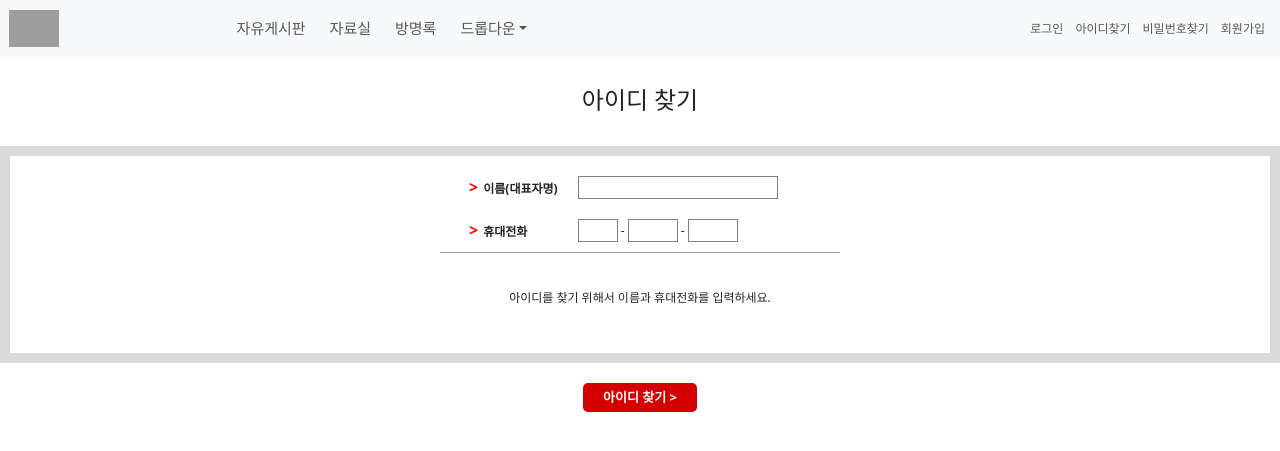
Repository: lim-eun-a/Project
Page: http://localhost/Project/06Session/IdForm.jsp
An editor plug-in stored every save of this project. The page is shown before and after the next save, followed by the edit.
The browser window is 1280 px wide. The pictures show the whole page.
Pictures or frames that could not be fetched are drawn as grey boxes. Some web libraries are served in a nearby version. The page is served by Tomcat 10. Other server files are loaded and not shown.

Above is the page before, as saved 2024-01-11 01:51:24.

### Project/src/main/webapp/06Session/IdForm.jsp
<%@ page language="java" contentType="text/html; charset=UTF-8"
    pageEncoding="UTF-8"%>
<link href="https://cdn.jsdelivr.net/npm/bootstrap@5.3.2/dist/css/bootstrap.min.css" rel="stylesheet">
<script src="https://cdn.jsdelivr.net/npm/bootstrap@5.3.2/dist/js/bootstrap.bundle.min.js"></script>
<link rel="stylesheet" href="http://cdn.jsdelivr.net/npm/bootstrap-icons@1.7.2/font/bootstrap-icons.css">
<!DOCTYPE html>
<html>
<head>
<meta charset="UTF-8">
<title>Insert title here</title>

<style>
	*{padding: 0;font-size: 12px;}
	h2{font-size: 25px;font-family: 굴림;}
	#AllWrap{margin:0 auto; text-align:center;}
	#RadioBox{margin:0 0 10px 0;text-align:left;}
	#IdBox{border:10px solid rgb(218, 218, 218);padding: 10px;}
	#InputTable{border:0px solid red; border-spacing: 0; border-collapse: collapse;}
	#InputTable th{text-align:left; padding: 10px;}
	#InputTable td{text-align:left; padding: 10px;}
	#InputTable input{border:1px solid gray;height: 23px;padding:0 0 0 3px;}
	#InputTable select{border:1px solid gray;height: 25px;padding: 4px;}
	#btn{
	    background-color: rgb(212, 0, 0);color: white;padding: 5px 20px;border:0;
	    font-size: 13px;font-weight: bold;border-radius: 5px;
	}
	.bullet{color: red;font-weight: bold;margin-right: 5px;font-size: 16px;}
</style>


</head>
<body>
	<jsp:include page="../Common/Link.jsp"/>
	<div style="margin-top:30px;"></div>
	<div id="AllWrap">
		<h2>아이디 찾기</h2>
		<div style="margin-top:30px;"></div>
	<div id="IdBox">
	<table align="center" id="InputTable" >
		<colgroup>
			<col width="30%" />
			<col width="70%" />
		</colgroup>
		<tr>
			<th><span class="bullet">&gt;</span><strong>이름(대표자명)</strong></th>
			<td>
				<input type="text" name="" style="width:200px;">
			</td>
		</tr>
		<tr>
			<th>
				<span class="bullet">&gt;</span><strong>휴대전화</strong></th>
			<td>
				<input type="text" name="" style="width:40px;"> -
				<input type="text" name="" style="width:50px;"> -
				<input type="text" name="" style="width:50px;">
			</td>
		</tr>
	</table>
	<div>
		<img src="./images/g_line.gif" width="400" height="1" border="0" />
		<br><br><br>
		아이디를 찾기 위해서 이름과 휴대전화를 입력하세요.
		<br><br><br>
	</div>
	</div>
	<div style="margin-top:20px;">
		<input type="button" value="아이디 찾기 &gt;" id="btn">
	</div>
	</div>
</body>
</html>

### Project/src/main/webapp/Common/Link.jsp
<%@ page language="java" contentType="text/html; charset=UTF-8"
    pageEncoding="UTF-8"%>
<link href="https://cdn.jsdelivr.net/npm/bootstrap@5.3.2/dist/css/bootstrap.min.css" rel="stylesheet">
<script src="https://cdn.jsdelivr.net/npm/bootstrap@5.3.2/dist/js/bootstrap.bundle.min.js"></script>
<link rel="stylesheet" href="http://cdn.jsdelivr.net/npm/bootstrap-icons@1.7.2/font/bootstrap-icons.css">
<!DOCTYPE html>
<html>
<head>
<meta charset="UTF-8">
<title>Insert title here</title>
</head>
<body>
	<nav class="navbar navbar-expand-sm bg-light navbar-light">
        <div class="container-fluid">
          <a class="navbar-brand" href="#">
            <img src="https://www.google.com/images/branding/googlelogo/1x/googlelogo_color_272x92dp.png" style="width:50px;">
          </a>

          <div class="collapse navbar-collapse justify-content-center" id="collapsibleNavbar">
            <ul class="navbar-nav">
              <li class="navbar-brand">
                <a class="nav-link" href="../09PagingBoard/List.jsp">자유게시판</a>
              </li>
              <li class="navbar-brand">
                <a class="nav-link" href="#">자료실</a>
              </li>
              <li class="navbar-brand">
                <a class="nav-link" href="#">방명록</a>
              </li>
              <li class="navbar-brand dropdown">
                <a class="nav-link dropdown-toggle" href="#" role="button" data-bs-toggle="dropdown">드롭다운</a>
                <ul class="dropdown-menu">
                  <li><a class="dropdown-item" href="#">SubMenu1</a></li>
                  <li><a class="dropdown-item" href="#">SubMenu2</a></li>
                  <li><a class="dropdown-item" href="#">SubMenu3</a></li>
                </ul>
              </li>
            </ul>
          </div>

          <div class="collapse navbar-collapse justify-content-end">
       		<ul class="navbar-nav text-xs text-gray-600">
         		<% if (session.getAttribute("UserId") == null) { %>
           		<li class="nav-item">
            		<a class="nav-link" href="../06Session/LoginForm.jsp">로그인</a>
      	   		</li>
      	   		<li class="nav-item">
           			<a class="nav-link" href="#">아이디찾기</a>
           		</li>
         		<li class="nav-item">
           			<a class="nav-link" href="#">비밀번호찾기</a>
         		</li>
         		<li class="nav-item">
           			<a class="nav-link" href="#">회원가입</a>
         		</li>
         		<% } else { %>
         		<li class="nav-item">
           			<a class="nav-link" href="../06Session/Logout.jsp">로그아웃</a>
           		</li>
           		<li class="nav-item">
           			<a class="nav-link" href="#">마이페이지</a>
         		</li>
         		<% } %>
       		</ul>
   		</div>
        </div>
    </nav>

</body>
</html>

After the next save:
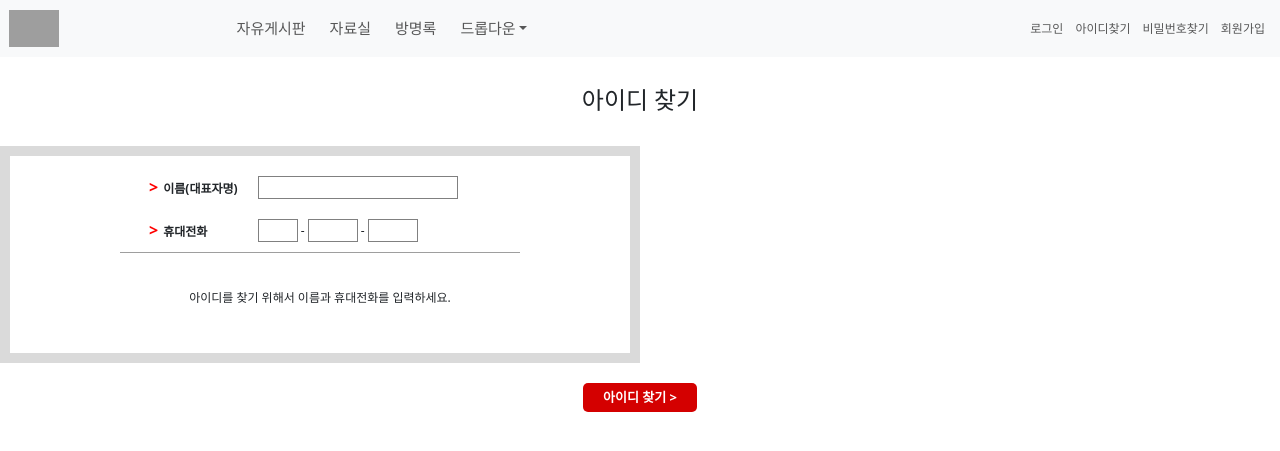
Saved 71 s later.
--- a/Project/src/main/webapp/06Session/IdForm.jsp
+++ b/Project/src/main/webapp/06Session/IdForm.jsp
@@ -14,7 +14,7 @@
 	h2{font-size: 25px;font-family: 굴림;}
 	#AllWrap{margin:0 auto; text-align:center;}
 	#RadioBox{margin:0 0 10px 0;text-align:left;}
-	#IdBox{border:10px solid rgb(218, 218, 218);padding: 10px;}
+	#IdBox{border:10px solid rgb(218, 218, 218);padding: 10px; width: 50%}
 	#InputTable{border:0px solid red; border-spacing: 0; border-collapse: collapse;}
 	#InputTable th{text-align:left; padding: 10px;}
 	#InputTable td{text-align:left; padding: 10px;}
